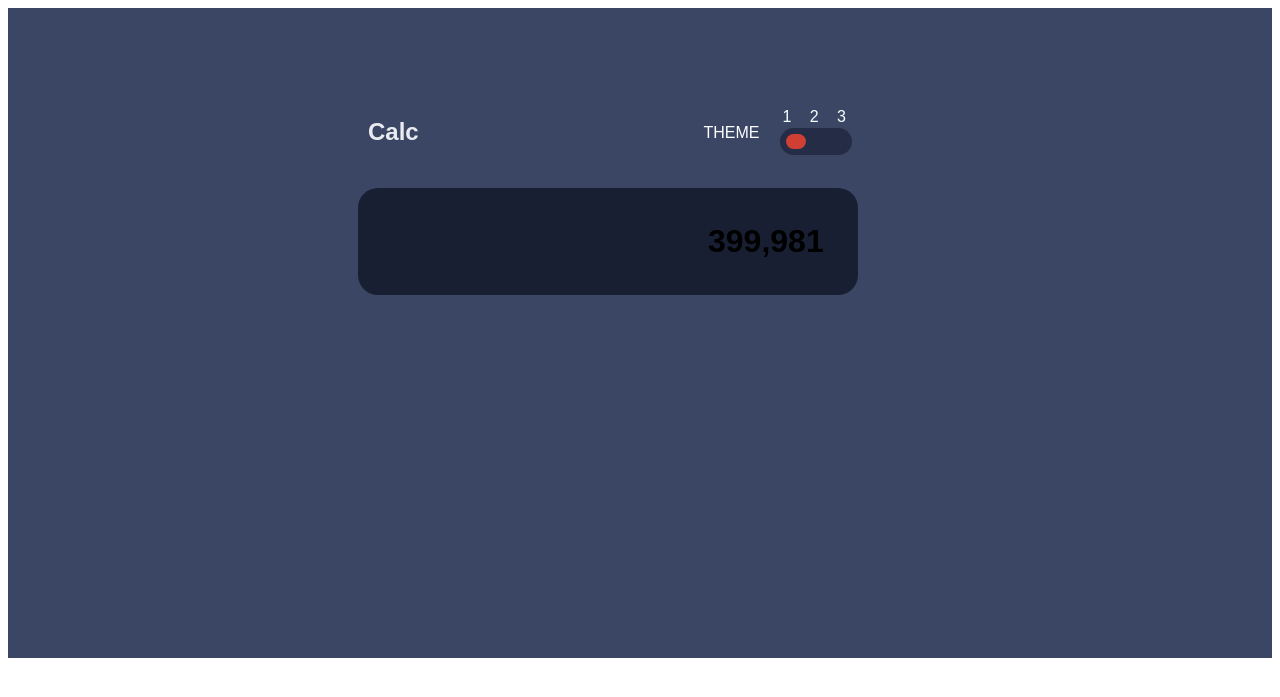
Repository: Bakyproit/Calcutor
Page: SimpleCalculatorApp.html
An editor plug-in stored every save of this project. The page is shown before and after a run of saves, followed by the edit.
The browser window is 1280 px wide. The pictures show the whole page.

Above is the page before, as saved 2022-02-09 16:09:56.

After the next 2 saves:
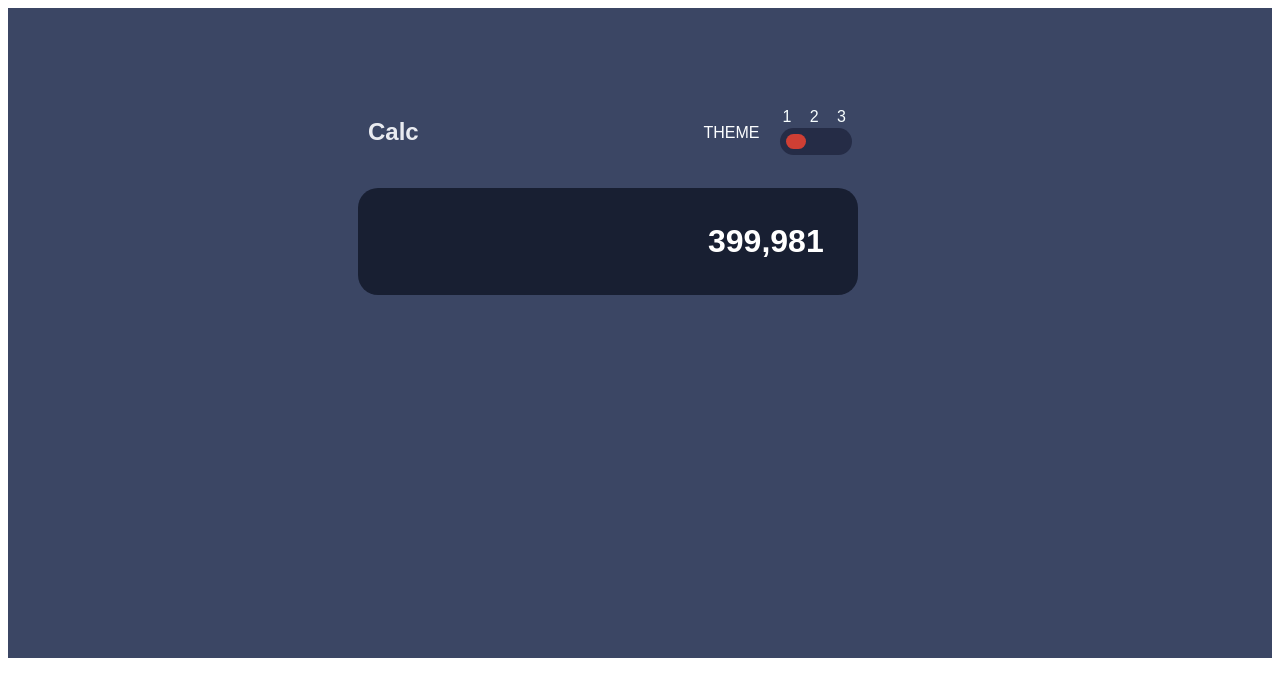
The 2 saves are shown as one change because they came seconds apart.
The last was saved 7 s later.
--- a/asset/App.css
+++ b/asset/App.css
@@ -96,6 +96,7 @@ h1{
 .app__content-number{
     padding: 35px 0 ;
     padding-left: 350px;
-    color:#
+    color: #fff ;
+
 
 }
